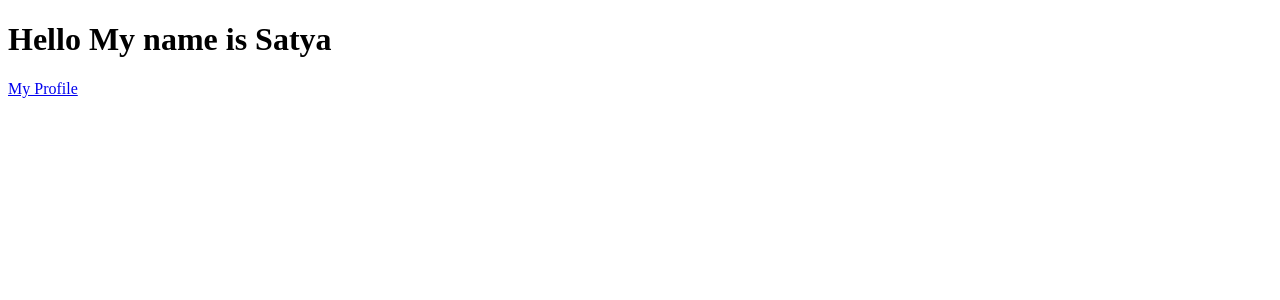
Repository: theplaygod97/Deloitte
Page: Day 16/SpringMVCDemo1/WebContent/index.html
The author's editor kept a copy of each file at every save. The page is drawn from the files as they stood at one save, then again after the next save.
The browser window is 1280 px wide. The pictures show the whole page.

Above is the page before, as saved 2020-01-13 09:01:39.

### Day 16/SpringMVCDemo1/WebContent/index.html
<!DOCTYPE html>
<html>
<head>
<meta charset="ISO-8859-1">
<title>Insert title here</title>
</head>
<body>
<h1>Hello My name is Satya</h1>
<a href="profile.html">My Profile</a>
</body>
</html>

After the next save:
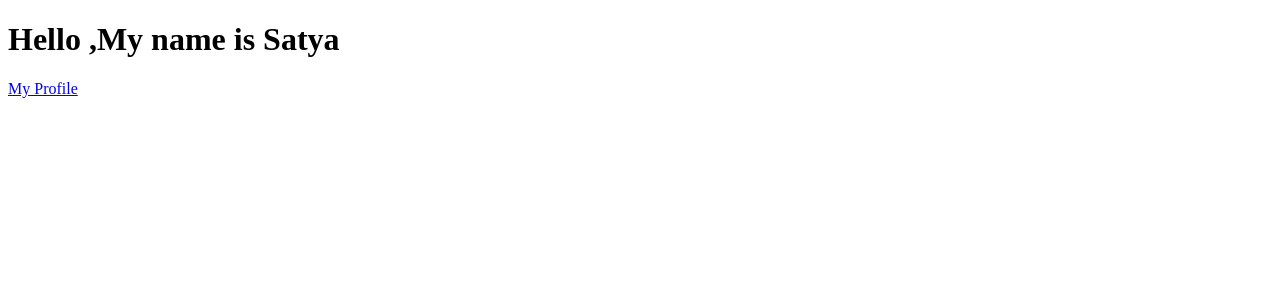
Saved 39 s later.
--- a/Day 16/SpringMVCDemo1/WebContent/index.html
+++ b/Day 16/SpringMVCDemo1/WebContent/index.html
@@ -5,7 +5,7 @@
 <title>Insert title here</title>
 </head>
 <body>
-<h1>Hello My name is Satya</h1>
+<h1>Hello ,My name is Satya</h1>
 <a href="profile.html">My Profile</a>
 </body>
 </html>
